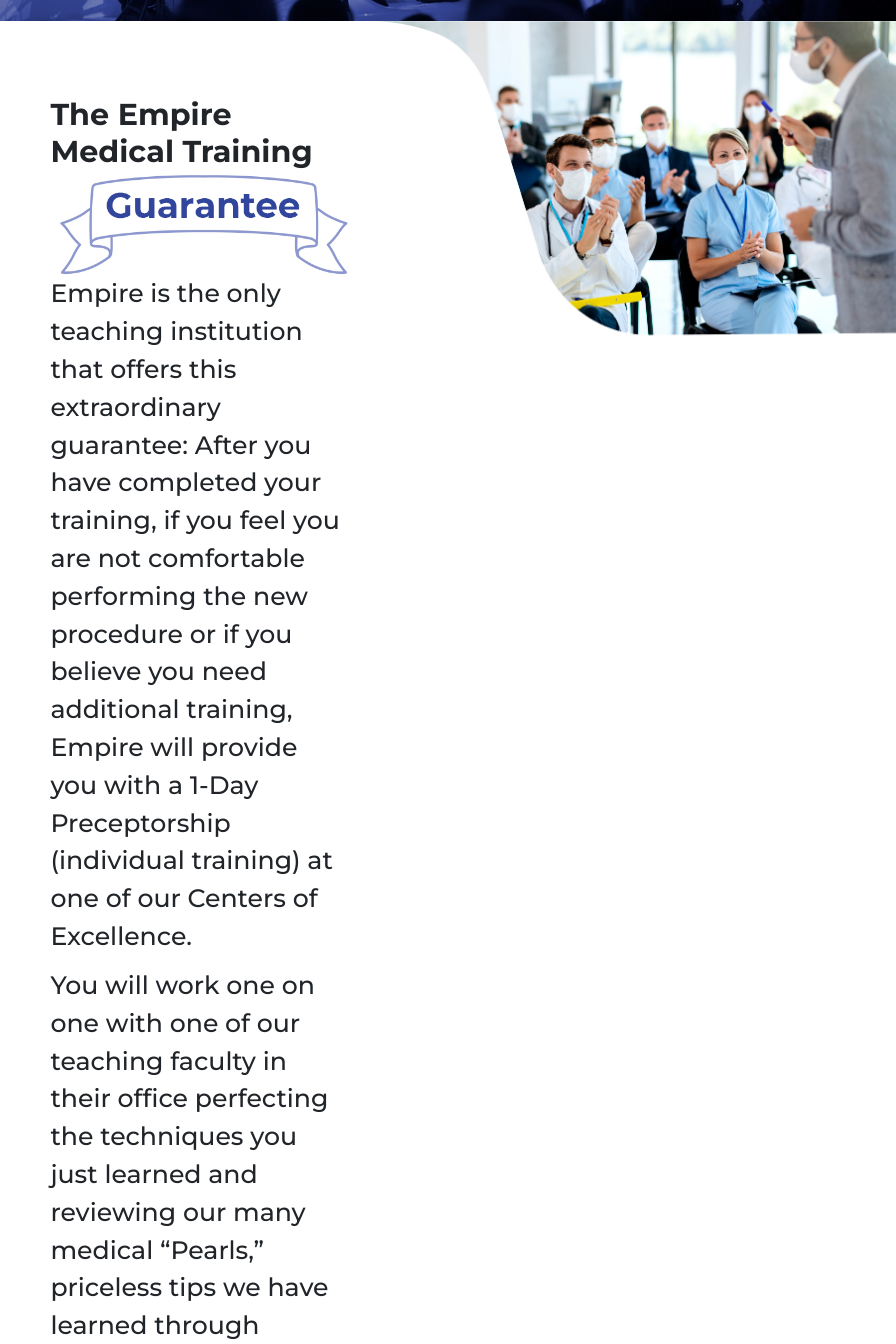
Repository: jorgi710/BODY-CONTOURING-INJECTABLES-AND-ADJUNCT-PROCEDURES
Page: our quarantee/file/src/index.html
The author's editor kept a copy of each file at every save. The page is drawn from the files as they stood at one save, then again after the next save.
The browser window is 1280 px wide. The pictures show the part of the page from y = 530 to 2450 px (the page is 8048 px tall before and 6923 px after), at 70% of full size.

Above is the page before, as saved 2021-04-06 08:56:33.

### our quarantee/file/src/index.html
<!DOCTYPE html>
<html lang="en">
  <head>
    <meta charset="UTF-8" />
    <meta http-equiv="X-UA-Compatible" content="IE=edge" />
    <meta name="viewport" content="width=device-width, initial-scale=1.0" />
    <title>Page_3</title>

    <link
      href="https://cdn.jsdelivr.net/npm/bootstrap@5.0.0-beta3/dist/css/bootstrap.min.css"
      rel="stylesheet"
      integrity="sha384-eOJMYsd53ii+scO/bJGFsiCZc+5NDVN2yr8+0RDqr0Ql0h+rP48ckxlpbzKgwra6"
      crossorigin="anonymous"
    />
    <link
      href="https://fonts.googleapis.com/css2?family=Montserrat:wght@400;500;600;700&display=swap"
      rel="stylesheet"
    />
    <link rel="stylesheet" href="../css/style.css" />
  </head>
  <body>
    <header>
      <div class="container-fluid m-0 p-0">
        <img
          src="../assets/header.jpg"
          alt="navbar"
          class="img-fluid m-0 p-0"
        />
      </div>
    </header>
    <main>
      <section class="section_1">
        <div class="container-fluid text-center">
          <div class="row">
            <div class="col-sm-12 col-md-5 text-start">
              <div class="content_section_1">
                <h1 class="bold">The Empire Medical Training</h1>
                <img src="../assets/logo_main.jpg" alt="logo" class="logo" />
                <p class="medium">
                  Empire is the only teaching institution that offers this
                  extraordinary guarantee: After you have completed your
                  training, if you feel you are not comfortable performing the
                  new procedure or if you believe you need additional training,
                  Empire will provide you with a 1-Day Preceptorship (individual
                  training) at one of our Centers of Excellence.
                </p>
                <p class="medium">
                  You will work one on one with one of our teaching faculty in
                  their office perfecting the techniques you just learned and
                  reviewing our many medical “Pearls,” priceless tips we have
                  learned through extensive experience and are now passing onto
                  you!
                </p>
              </div>
            </div>
            <div class="col-md-7 justify-content-end p-0">
              <img
                src="../assets/section_1_1_web.jpg"
                alt=""
                class="d-none d-md-block img-fluid"
              />
              <img
                src="../assets/section_1_1_mobil.jpg"
                alt=""
                class="d-md-none img-fluid"
              />
            </div>
          </div>
          <div class="row">
            <div class="col-sm-12 col-md-5">
              <img
                src="../assets/section_1_2_web.jpg"
                alt="Our difference"
                class="d-none d-md-block"
              />
              <img
                src="../assets/section_1_2_mobil.jpg"
                alt=""
                class="d-md-none"
              />
            </div>
            <div class="col-md-7">
              <h1 class="bold azul">Our Difference</h1>
              <p class="medium">
                • Our full time faculty of physicians are available to answer
                your questions even before you have decided on training- see for
                yourself, call today and speak with a physician about offering
                <span class="claro">aesthetics in your practice</span>, or
                whatever other concerns you may have!
              </p>
              <p class="medium">
                • Empire Medical Training is the only training institution that
                offers over 35 different medical and aesthetic
                <span class="claro">training programs</span>. Since our
                organization is a full time, dedicated teaching institution, we
                have the resources and faculty to provide the quality training
                we have been providing for the past 15 years.
              </p>
              <p class="medium">
                • Empire provides discounted tuition on
                <span class="claro">membership plans</span>
                allowing you to attend all our programs at one low price, over a
                2 year period. We also provide a price guarantee that ensures
                you are registering for a seminar at the lowest price available.
                At all Empire work- shops, all supplies and medicines are
                included with your tuition. That includes
                <span class="claro">Botox Cosmetic</span> and
                <span class="claro">Dermal Fillers</span> needed for the hands
                on portion of the training.
              </p>
              <p class="medium">
                • Learning to perform a procedure may be simple, but becoming
                successful in your practice requires additional steps. With
                every program you receive an exhaustive supply of patient forms,
                consent forms, marketing templates, a comprehensive
                <span class="claro">Vendor and Resource guide</span> with useful
                information and necessary tools for your practice.
              </p>
              <p class="medium">
                • Empire Medical Training and staff are committed to helping you
                succeed in your practice nad this goes beyond just providing you
                with the medical protocols to perform a simple procedure. We are
                not a weekend operation and are available even after our
                programs have ended. We also provide our students with
                <span class="claro"> Board Certification</span> from the AAOPM
                for succesful coursework completion.
              </p>
            </div>
          </div>
        </div>
      </section>
      <section class="section_2">
        <div class="container-fluid">
          <img src="../assets/section_2.jpg" alt="Meet Our Trusted Faculty" />

          <div class="content">
            <h1>Meet Our Trusted Faculty</h1>
            <p>
              Empire Medical Training celebrates 15 years of success in training
              physicians and health care professionals. We believe our success
              is due, in part, to the extra things our organization and faculty
              provide for you.
            </p>
            <button class="btn btn-danger"><h3>Meet Faculty</h3></button>
          </div>
        </div>
      </section>
      <section class="section_3">
        <div>
          <h1 class="negro bold">
            <span class="azul">Background &</span> Achievements
          </h1>
          <p class="medium">
            Now a little about Empire Medical Training’s background and
            achievements: Why Empire is committed to excellence:
          </p>
          <p class="medium">
            Empire Medical Training celebrates our 22nd year of training and we
            remain the #1 medical training and certification CME Medical and
            Aesthetic workshops offered each year, Empire has trained over
            125,000 Physicians, Dentists, Nurses, and other Health Care
            Professionals. With countless
            <span class="claro">testimonials</span> from satisfied attendees, we
            stand behind our programs and provide a complete satisfaction
            guarantee. source worldwide.
          </p>
          <p class="medium">
            Empire has acquired a distinguished reputation in education and
            serves as a training facility for Allergan (Botox, Juvederm) and
            Medicis (Restylane), along with many of the largest Aesthetic Laser
            Manufacturers. In addition, Empire is proud to have been chosen by
            the Florida Dental Association (FDA) to train their member Dentists
            in Botox Cosmetic and other Aesthetic Procedures.
          </p>
          <p class="medium">
            At Empire, we believe our success is dependent on you receiving
            quality training and instruction. Empire Medical Training is a
            nationally recognized CME Training Institution for Physicians,
            Dentists, Nurses and other Health Care Professionals.
          </p>
        </div>
        <div class="row">
          <div class="col-sm-12 col-md-6">
            <p class="medium">
              In addition to training at resort hotels, Empire has pioneered the
              first <span class="claro">premier Medical Spa</span> in Fort
              Lauderdale, Florida where physicians can enjoy training on actual
              patients and receive classroom didactic presentations. This
              facility has been designed specifically for training purposes
              utilizing state of the art aesthetic lasers and medical spa
              equipment along with modern classroom facilities and training
              aids. All courses are conducted by Physicians and other
              Specialists in Aesthetics, Pain Management, Surgery, and Medicine.
              Not by less qualified Instructors.
            </p>
            <p class="medium">
              Empire has achieved an outstanding reputation through a
              distinguished faculty of Physician specialists. Your training will
              be conducted by Physicians and other Specialists in Aesthetics,
              Pain Management, Surgery, and Medicine. We believe it is important
              for attendees to be exposed to a faculty of instructors for a more
              complete understanding of the topic, rather than just 1 part time
              physician or nurse instructor like many training companies do.
              Beware of start up seminar companies who employ less qualified
              personnel for your training, or local doctors’ offices with
              impressive web sites looking to supplement their income by
              offering inferior or incomplete training as a side job.
            </p>
          </div>
          <div class="col-sm-12 col-md-6">
            <img
              src="../assets/section_3_web.jpg"
              alt="background achievements"
              class="d-none d-md-block"
            />
            <img
              src="../assets/section_3_mobil.jpg"
              alt="background achievements"
              class="d-md-none"
            />
          </div>
        </div>
      </section>
      <section class="section_4">
        <img src="../assets/section_4.jpg" alt="aesthetics starter kit" />
      </section>
      <section class="section_5">
        <div class="row">
          <div class="col-sm-12 col-md-6">
            <img
              src="../assets/section_5_web.jpg"
              alt="empire"
              class="d-none d-md-block"
            />
            <img
              src="../assets/section_5_mobile.jpg"
              alt="empire"
              class="d-md-none"
            />
          </div>
          <div class="col-md-6">
            <h1 class="bold">
              The Programs at Empire are Actually
              <span class="azul">Hands On</span>
            </h1>
            <p class="medium">
              Many seminar companies claim you will receive hands on training
              but they can not, or, are not qualified to provide this
              experience. During our Aesthetic Programs, Empire attendees will
              inject live patients with real, authentic products – not saline)
              and perform other procedures depending on the topic. During other
              esthetic training and our medical procedures’ training, attendees
              will work on
              <span class="claro">Cadavers from the Medical School</span>
              University lab along with volunteer patients and models.
            </p>
            <p class="medium">
              Empire works with a variety of the largest medical equipment
              manufacturers to help provide the training which requires
              equipment usage, i.e. Aesthetic Lasers and Supplies, Ultrasound, X
              Ray, etc. This variety is essential for attendees to gain a
              complete understanding of the technologies available rather than
              just a limited exposure. You will never see only 1 or 2 laser
              manufacturers at our programs. Beware of training institutions who
              have arrangements with only 1 or 2 vendors.
            </p>
          </div>
        </div>
        <p class="medium">
          Deciding on where you receive you training is an important decision
          and should be made carefully. Make sure your instructors are Physician
          Specialists in their field, i.e. Plastic Surgery and are part of a
          faculty of the institution. Simply reading some instructions is not
          enough, quality instruction means going beyond the technical details
          and into the <span class="claro">“pearls”</span> that make your
          patients happy and give you the reputation you want. Beware of less
          qualified personnel. Be sure the training institution is dedicated to
          training and not a part time doctors office/ seminar company. Make
          sure the programs are fully accredited by a medical academy and not
          “co sponsored” by another institution. Most importantly, beware of
          unrealistic promises and look for training that can and will provide
          Hands- On experience. There is no other effective way to learn
          procedural skills. Empire Medical Training is dedicated to your
          success and we encourage you to ask questions with whomever you decide
          to be trained by.
        </p>
      </section>
    </main>
    <footer>
      <img src="../assets/footer.jpg" alt="footer" class="img-fluid" />
    </footer>
  </body>
</html>

### our quarantee/file/css/style.css
@import url("https://fonts.googleapis.com/css2?family=Montserrat:wght@400;500;600;500&display=swap");
* {
  box-sizing: border-box;
  font-family: var(--fuente);
}
header,
section {
  overflow-x: hidden;
}
:root {
  --fuente: "Montserrat", cursive;
  --azul: #31469d;
  --clarito: #808080;
  --negro: #000000;
  --regular: 400;
  --medium: 500;
  --semi_bold: 600;
  --bold: 500;
}
.regular {
  font-weight: 400;
}
.medium {
  font-weight: 500;
}
.semi {
  font-weight: 600;
}
.bold {
  font-weight: 700;
}
.azul {
  color: #31469d;
}
.claro {
  color: #808080;
}
.negro {
  color: #000000;
}
.section_1 .row .col-md-5 {
  padding: 15vmin 5vmin;
  padding-bottom: 2vmin;
  padding-left: 10vmin;
}
.section_1 .row .col-md-7 img {
  width: 100%;
}
.section_1 .row .col-md-5 h1 {
  font-size: 6vmin;
}
.section_1 .row .col-md-5 p {
  font-size: 5vmin;
}
.section_1 .row .col-md-5 .logo {
  width: 100%;
  padding-left: 2vmin;
}

After the next save:
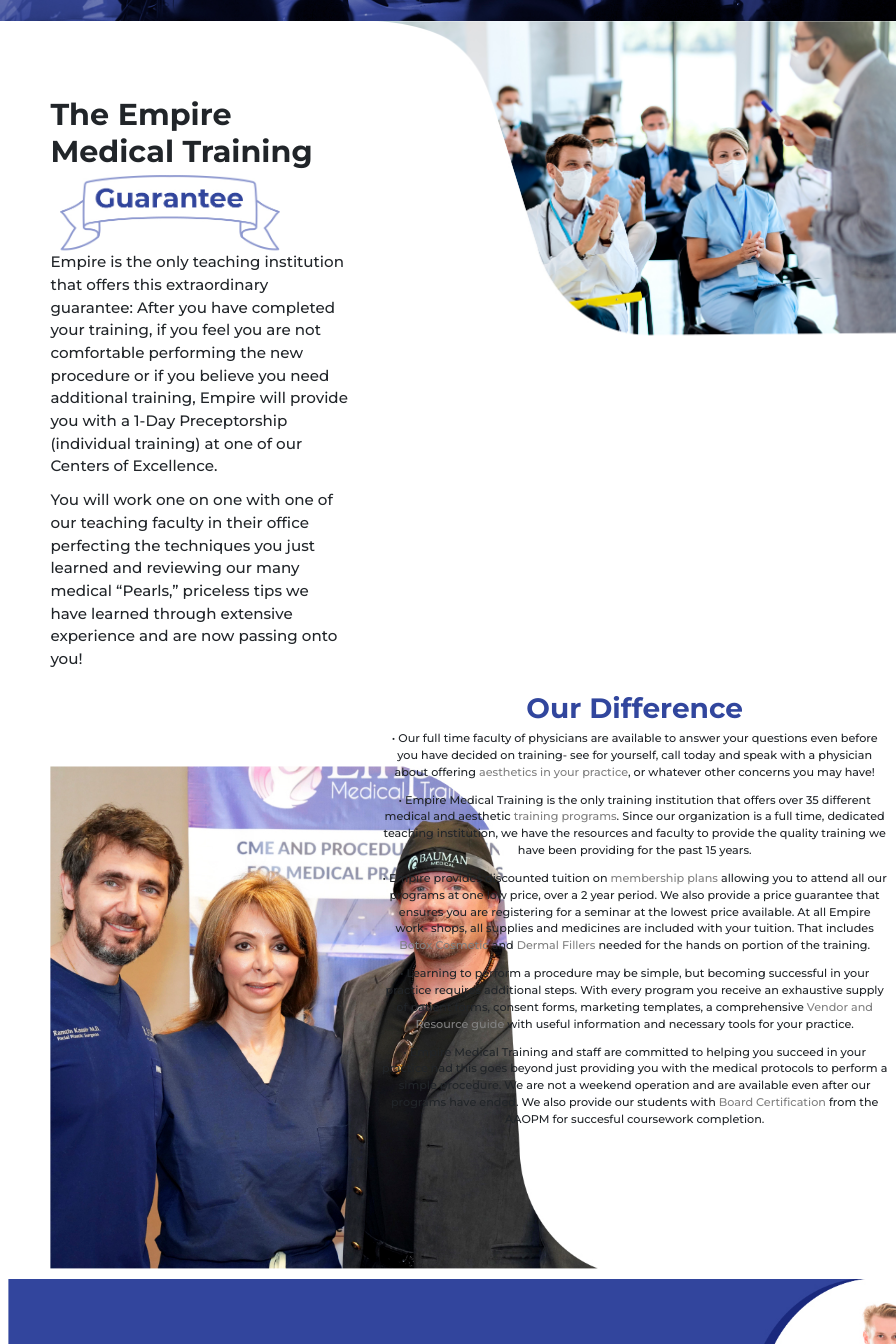
Saved 75 s later.
--- a/our quarantee/file/css/style.css
+++ b/our quarantee/file/css/style.css
@@ -50,9 +50,9 @@
   font-size: 6vmin;
 }
 .section_1 .row .col-md-5 p {
-  font-size: 5vmin;
+  font-size: 3vmin;
 }
 .section_1 .row .col-md-5 .logo {
-  width: 100%;
+  width: 77%;
   padding-left: 2vmin;
 }
